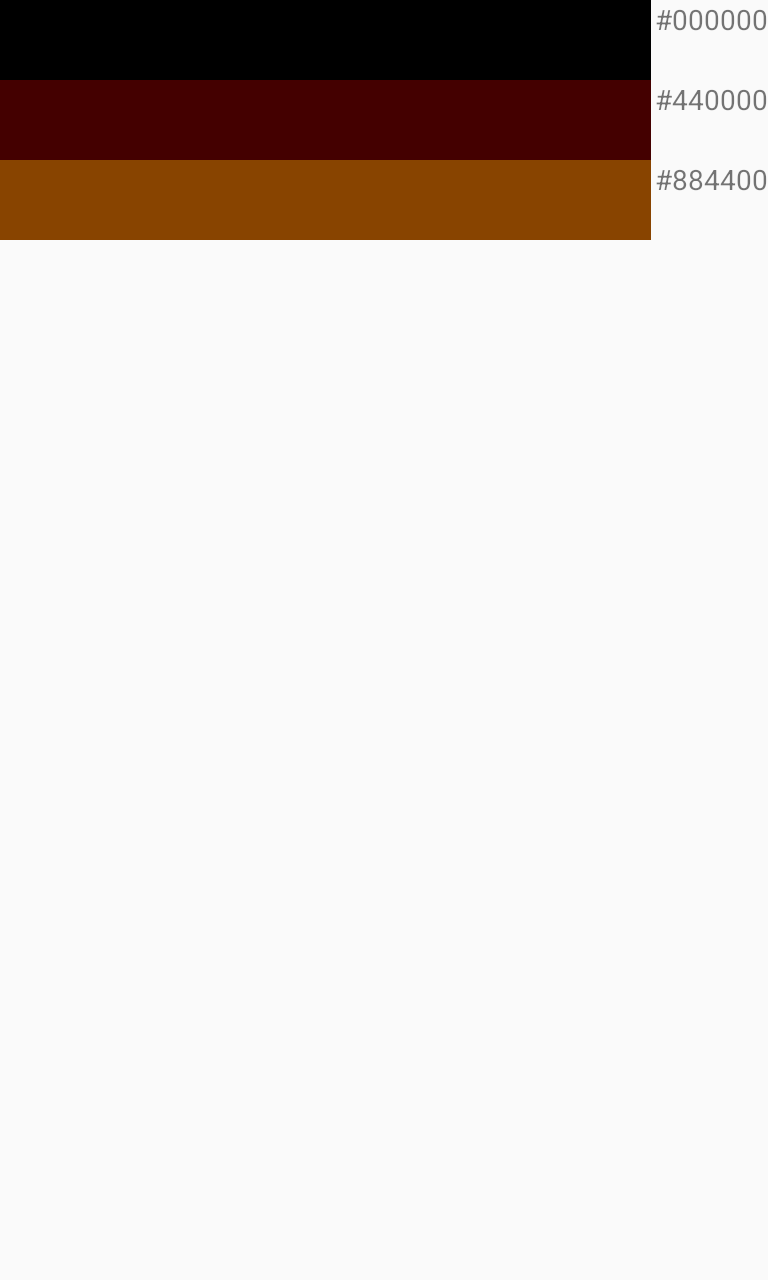
Repository: fitrahyusuf/FITRAH
Layout: MengenalScrollView/res/layout/main.xml
These files come from the project's save history. The layout is drawn as it stood at one moment and after the next save; the edit follows.
It is drawn on a 768 x 1280 px phone screen (xhdpi) without system bars, with theme AppTheme; the app's code is not run.

Above is the layout before, as saved 2015-05-05 10:16:55.

### MengenalScrollView/res/layout/main.xml
<?xml version="1.0" encoding="utf-8" ?>
<ScrollView

    xmlns:android="http://schemas.android.com/apk/res/android"
    android:id="@+id/scrollView"
    android:layout_width="fill_parent"
    android:layout_height="fill_parent">

    <TableLayout android:id="@+id/tableLayout1"
        android:layout_width="fill_parent"
        android:layout_height="fill_parent"
        android:stretchColumns="0">

        <TableRow>
            <View android:background="#000000"
                android:layout_height="80px">
            </View>
            <TextView android:paddingLeft="4px"
                android:text="#000000"
                android:gravity="center_vertical">
            </TextView>
        </TableRow>
        <TableRow>
            <View android:background="#440000"
                android:layout_height="80px">
            </View>
            <TextView android:paddingLeft="4px"
                android:text="#440000"
                android:gravity="center_vertical">
            </TextView>
        </TableRow>
        <TableRow>
            <View android:background="#884400"
                android:layout_height="80px">
            </View>
            <TextView android:paddingLeft="4px"
                	android:text="#884400"
                	android:gravity="center_vertical">

            </TextView>
        </TableRow>
    </TableLayout>
</ScrollView>

Loaded but not shown: MengenalScrollView/res/values/styles.xml (common file); MengenalScrollView/res/values-v11/styles.xml (common file); MengenalScrollView/res/values-v14/styles.xml (common file)

After the next save:
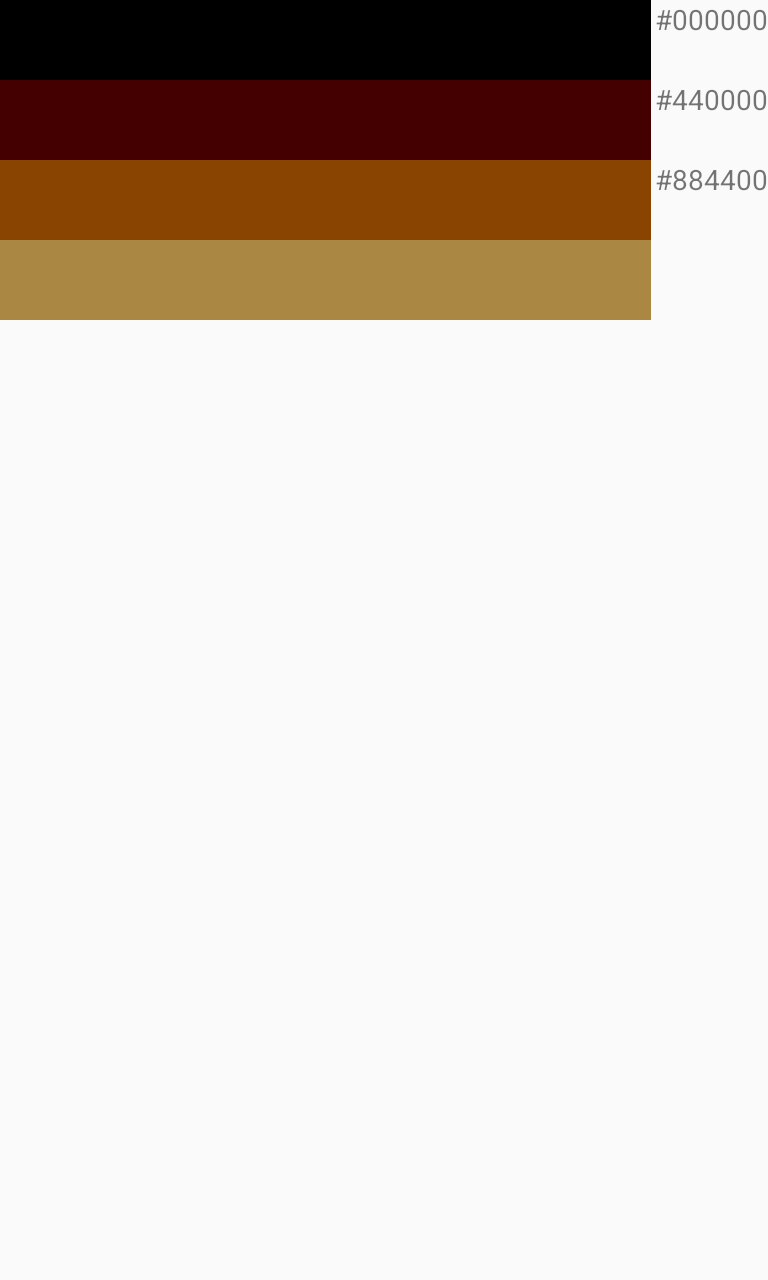
Saved 8 min 48 s later.
--- a/MengenalScrollView/res/layout/main.xml
+++ b/MengenalScrollView/res/layout/main.xml
@@ -36,8 +36,12 @@
             <TextView android:paddingLeft="4px"
                 	android:text="#884400"
                 	android:gravity="center_vertical">
-
             </TextView>
+        </TableRow>
+        <TableRow>
+            <View android:background="#aa8844"
+                android:layout_height="80px">
+            </View>
         </TableRow>
     </TableLayout>
 </ScrollView>
